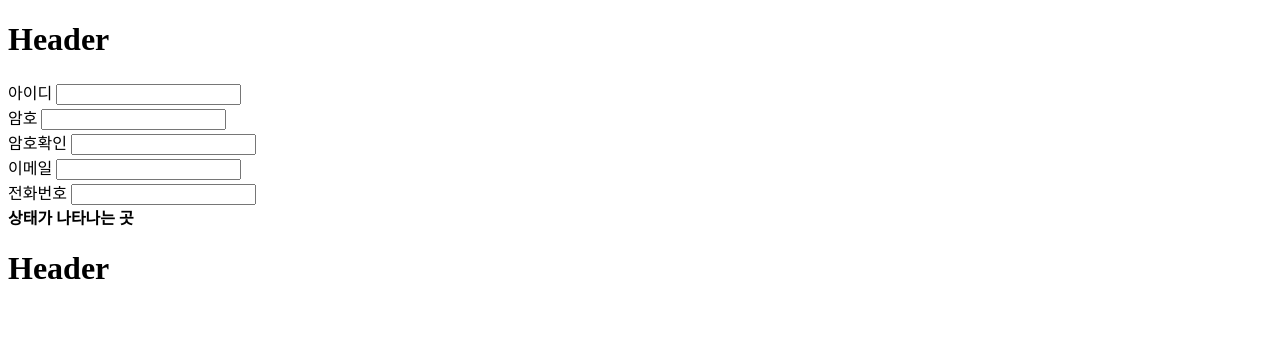
Repository: kol0372/woo
Page: jspworkspace/jsp_1106_jQmobile/WebContent/member.html
These files come from the project's save history. The page is drawn as it stood at one moment and after the next save; the edit follows.
The browser window is 1280 px wide. The pictures show the whole page.

Above is the page before, as saved 2014-11-06 08:20:45.

### jspworkspace/jsp_1106_jQmobile/WebContent/member.html
<!DOCTYPE html>
<html>
<head>
<meta charset="EUC-KR">
<title>Insert title here</title>
</head>
<body>
	<div data-role="page" id="first" data-title="첫번째 페이지 타이틀">
		<div data-role="header" data-theme="a">
			<h1>Header</h1>
		</div>
	</div>

	<div data-role="content">
		<form action="http://lacalhost:8080/jsp_1106_jQmobile/join_add.jsp"
			method="post" data-ajax="false" id="form1">
			<div data-role="filedcontain">
				<label for="id">아이디 </label> <input type="text" name="id" id="id"></input>
			</div>

			<div data-role="filedcontain">
				<label for="pass">암호 </label> <input type="password" name="pass"
					id="pass"></input>
			</div>

			<div data-role="filedcontain">
				<label for="pass1">암호확인</label> <input type="password" name="pass1"
					id="pass1"></input>
			</div>

			<div data-role="filedcontain">
				<label for="email">이메일</label> <input type="text" name="email"
					id="email"></input>
			</div>

			<div data-role="filedcontain">
				<label for="tel">전화번호</label> <input type="text" name="tel"
					id="tel"></input>
			</div>

			<div id="display">
				<b>상태가 나타나는 곳</b>
			</div>

		</form>
		<div data-role="header" data-theme="a">
			<h1>Header</h1>
		</div>
	</div>
</body>
</html>

After the next save:
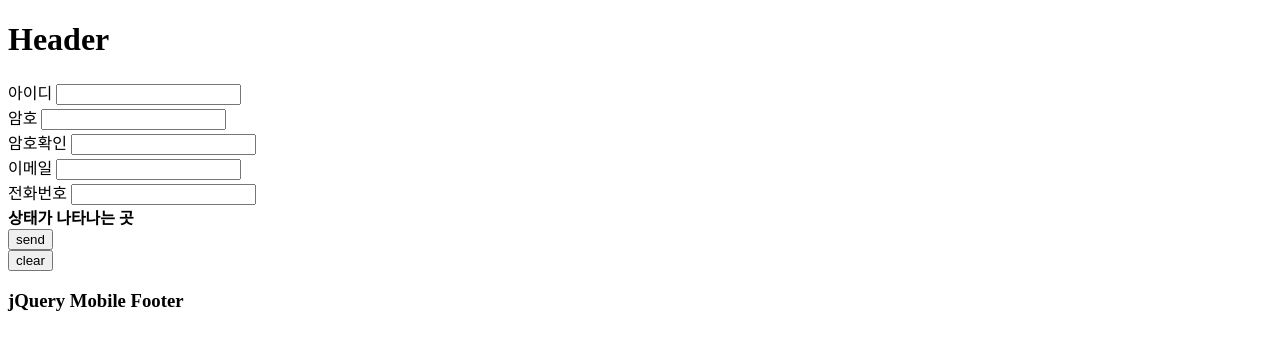
Saved 6 min 3 s later.
--- a/jspworkspace/jsp_1106_jQmobile/WebContent/member.html
+++ b/jspworkspace/jsp_1106_jQmobile/WebContent/member.html
@@ -34,18 +34,26 @@
 			</div>
 
 			<div data-role="filedcontain">
-				<label for="tel">전화번호</label> <input type="text" name="tel"
-					id="tel"></input>
+				<label for="tel">전화번호</label> <input type="text" name="tel" id="tel"></input>
 			</div>
 
 			<div id="display">
 				<b>상태가 나타나는 곳</b>
 			</div>
+			<div class="ui-grid-a">
+				<div class="ui-block-a">
+					<input type="submit" value="send" class="sendbtn" />
+				</div>
+				<div class="ui-block-b">
+					<input type="reset" value="clear" />
+				</div>
+			</div>
 
 		</form>
-		<div data-role="header" data-theme="a">
-			<h1>Header</h1>
-		</div>
+
+	</div>
+	<div data-role="footer" data-position="fixed" data-theme="b">
+		<h3 id="logo">jQuery Mobile Footer</h3>
 	</div>
 </body>
 </html>
